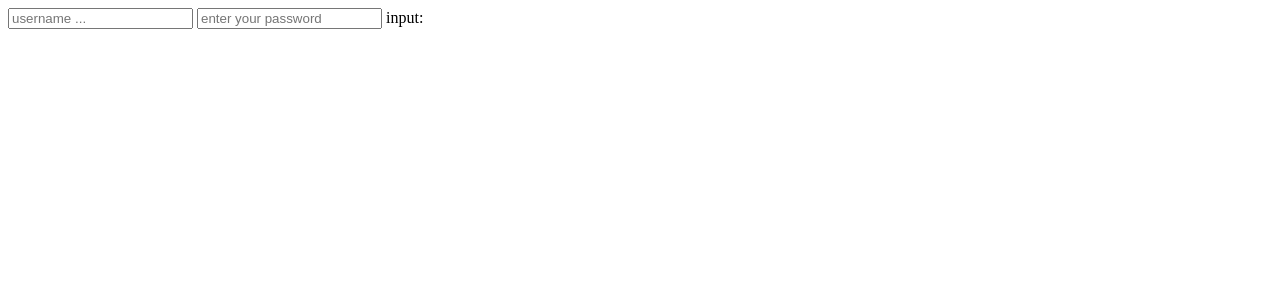
Repository: beva3/javaScrypt
Page: filter/index.html
An editor plug-in stored every save of this project. The page is shown before and after the next save, followed by the edit.
The browser window is 1280 px wide. The pictures show the whole page.

Above is the page before, as saved 2024-05-11 22:28:34.

### filter/index.html
<!DOCTYPE html>
<html lang="en">
<head>
    <meta charset="UTF-8">
    <meta name="viewport" content="width=device-width, initial-scale=1.0">
    <title>filter</title>
</head>
<body>
    <div class="session">
        <form>
            <input type="text" placeholder="username ..." required >
            <input type="password"  id="passwd" placeholder="enter your password" required>
            input:
        </form>
    </div>
</body>
</html>

After the next save:
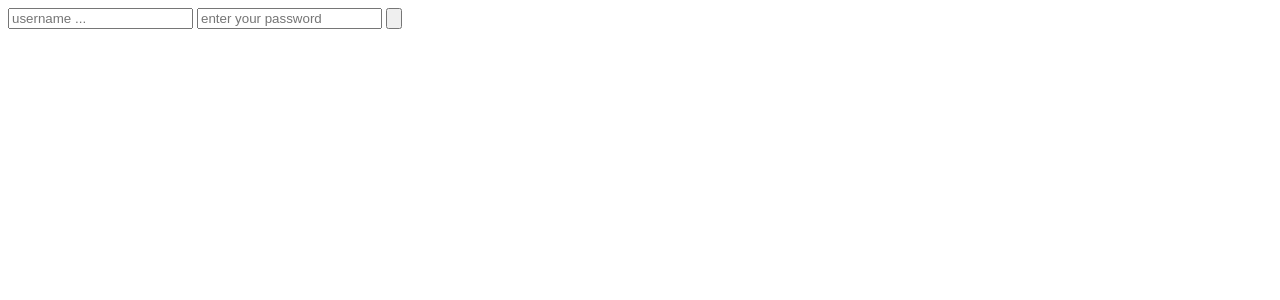
Saved 6 s later.
--- a/filter/index.html
+++ b/filter/index.html
@@ -10,7 +10,7 @@
         <form>
             <input type="text" placeholder="username ..." required >
             <input type="password"  id="passwd" placeholder="enter your password" required>
-            input:
+            <input type="submit" value="">
         </form>
     </div>
 </body>
